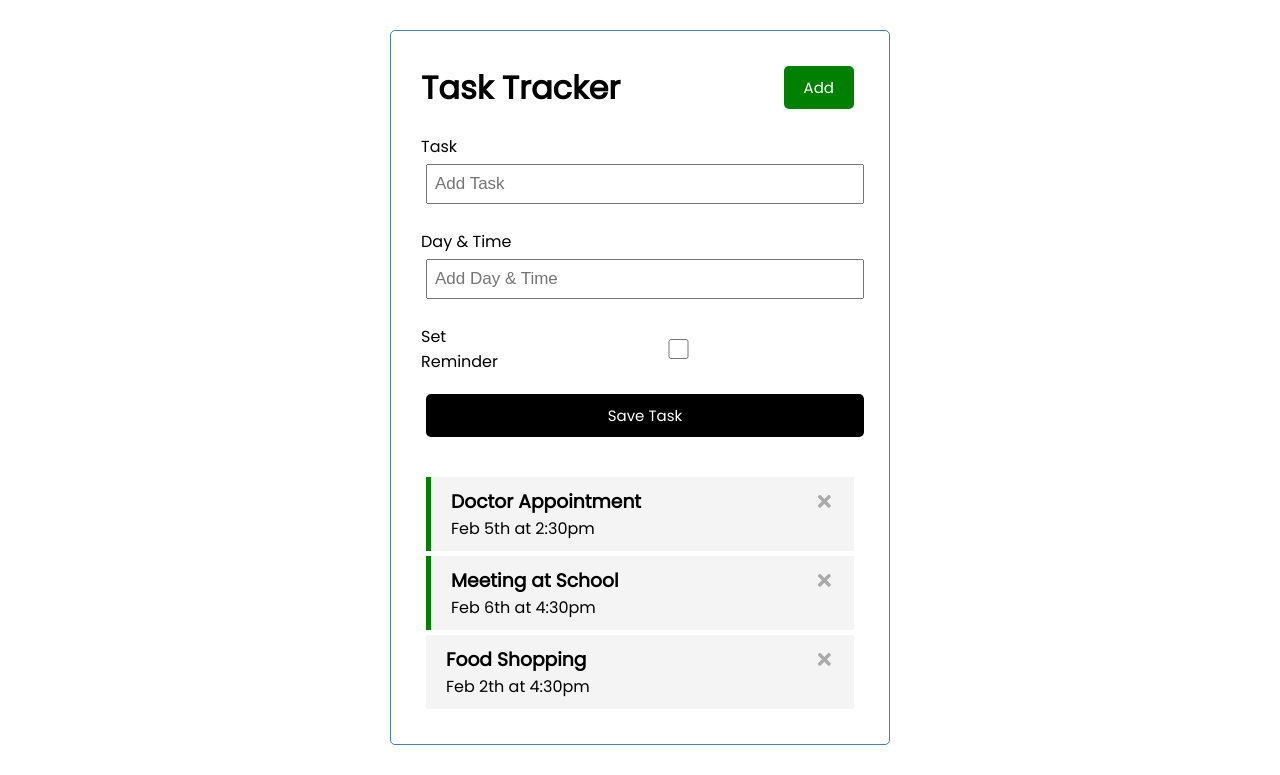
Repository: kate30980/task-tracker-reactjs
Page: /
These files come from the project's save history. The page is drawn as it stood at one moment and after the next save; the edit follows.
The browser window is 1280 px wide. The pictures show the whole page.
The project was rebuilt for these pictures with package versions that can differ from the ones it lists, and the page was loaded fresh each time.

Above is the page before, as saved 2021-09-19 21:12:04.

After the next save:
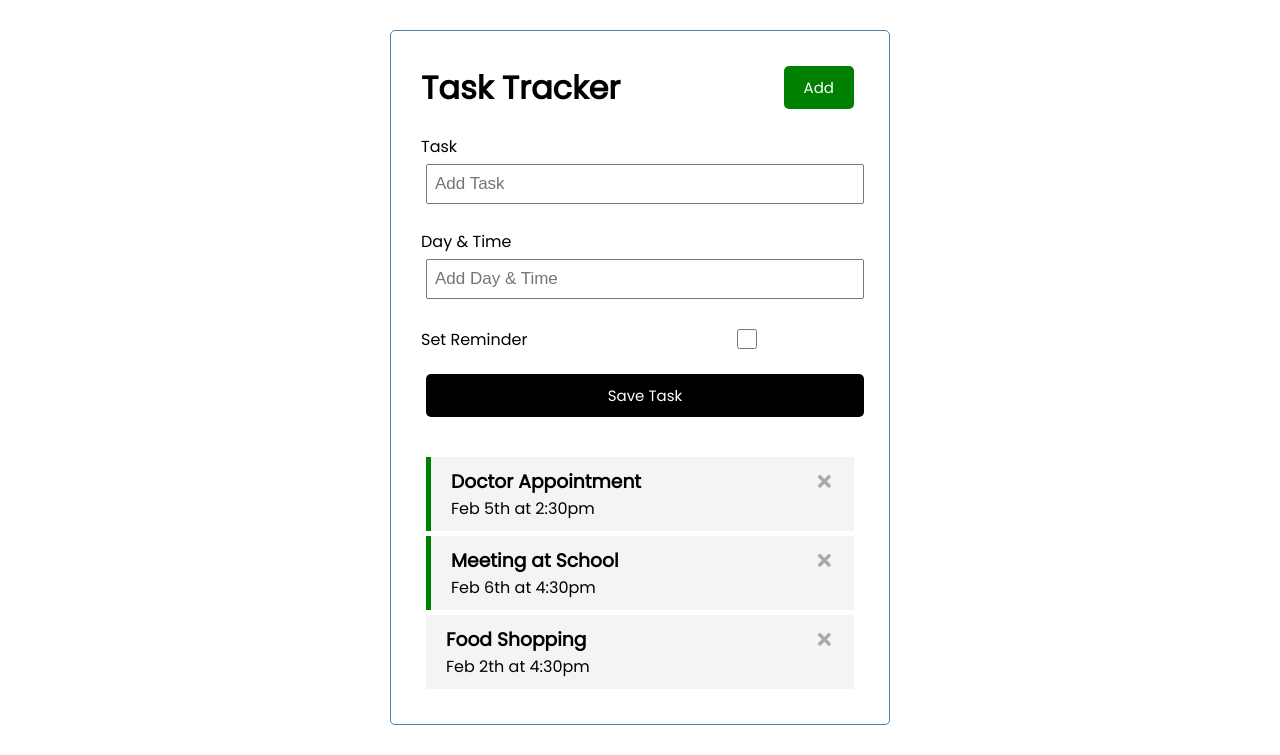
Saved 5 s later.
--- a/src/index.css
+++ b/src/index.css
@@ -102,7 +102,7 @@ body {
 }
 
 .form-control-check input {
-  flex: 20;
+  flex: 1;
   height: 20px;
 }
 
